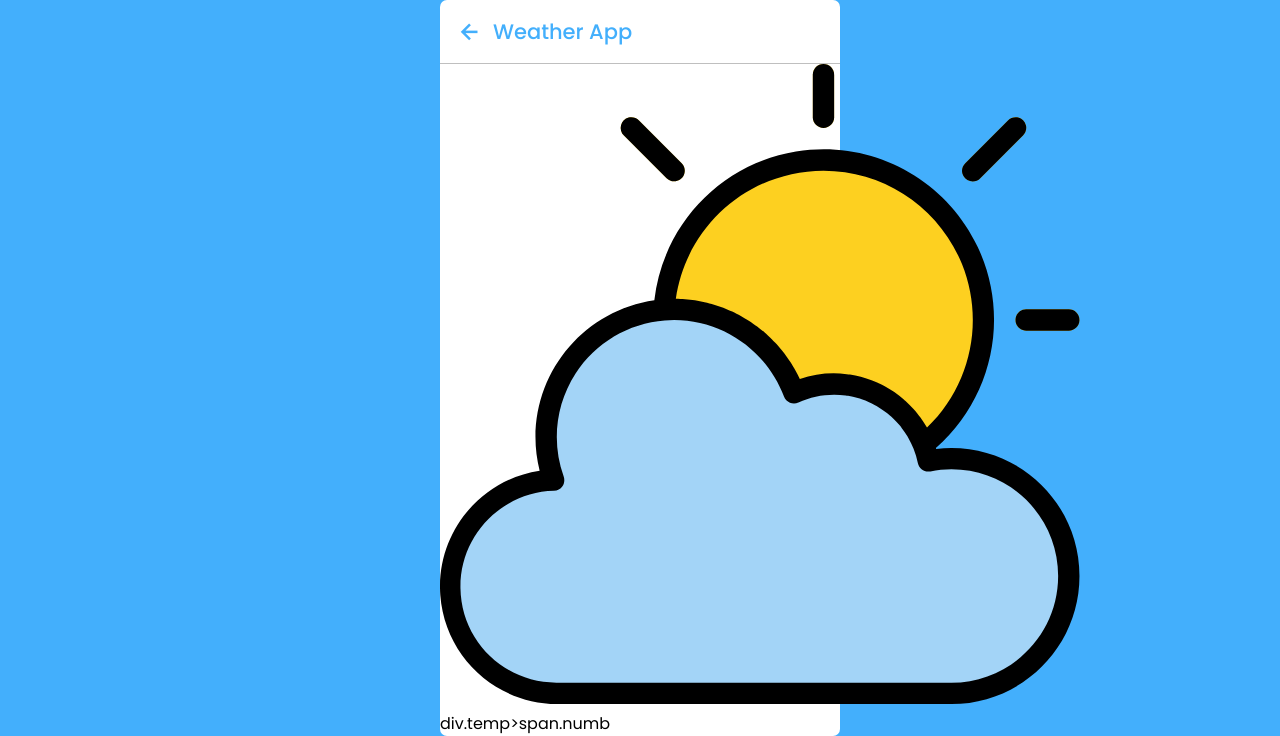
Repository: long13820/Weather-App-HTML-CSS-Javascript
Page: index.html
These files come from the project's save history. The page is drawn as it stood at one moment and after a run of saves; the edit follows.
The browser window is 1280 px wide. The pictures show the whole page.

Above is the page before, as saved 2021-09-02 10:24:59.

After the next 2 saves:
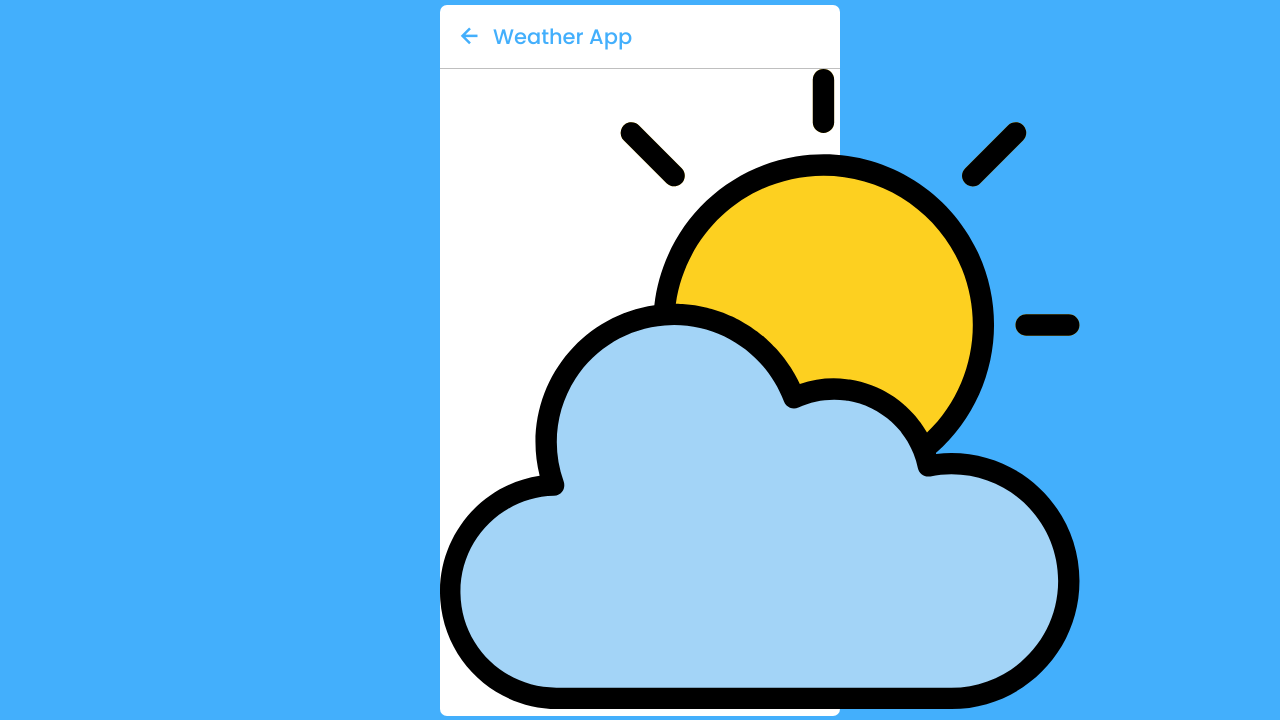
The 2 saves are shown as one change because they came seconds apart.
The last was saved 10 s later.
--- a/index.html
+++ b/index.html
@@ -26,7 +26,8 @@
         </section>
         <section class="weather-part">
             <img src="/Weather Icons/cloud.svg" alt="Weather Icon">
-            div.temp>span.numb
+            <div class="temp"><span class="numb"></span>
+            </div>
         </section>
     </div>
 </body>

After the 4 saves that followed:
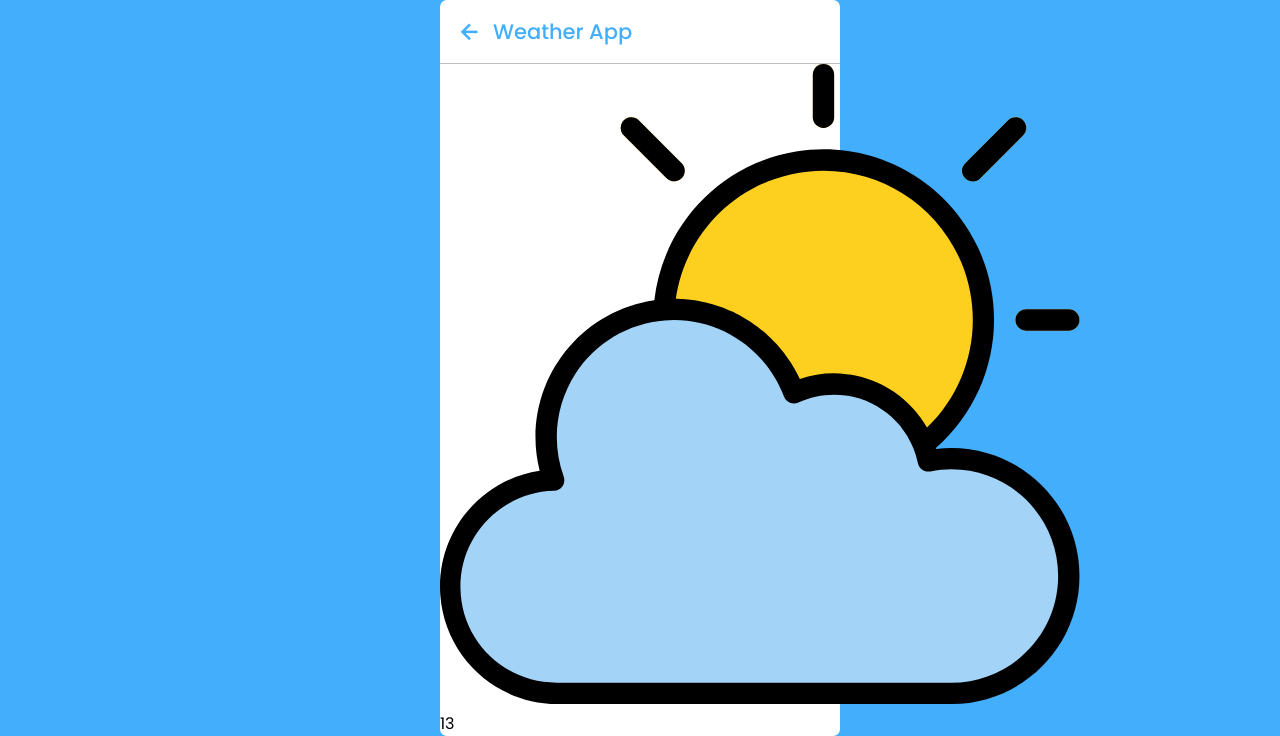
The 4 saves are shown as one change because 2 left the picture as it was and some came seconds apart.
The last was saved 22 s later.
--- a/index.html
+++ b/index.html
@@ -26,7 +26,9 @@
         </section>
         <section class="weather-part">
             <img src="/Weather Icons/cloud.svg" alt="Weather Icon">
-            <div class="temp"><span class="numb"></span>
+            <div class="temp">
+                <span class="numb">13</span>
+                <span class="deg"></span>
             </div>
         </section>
     </div>
